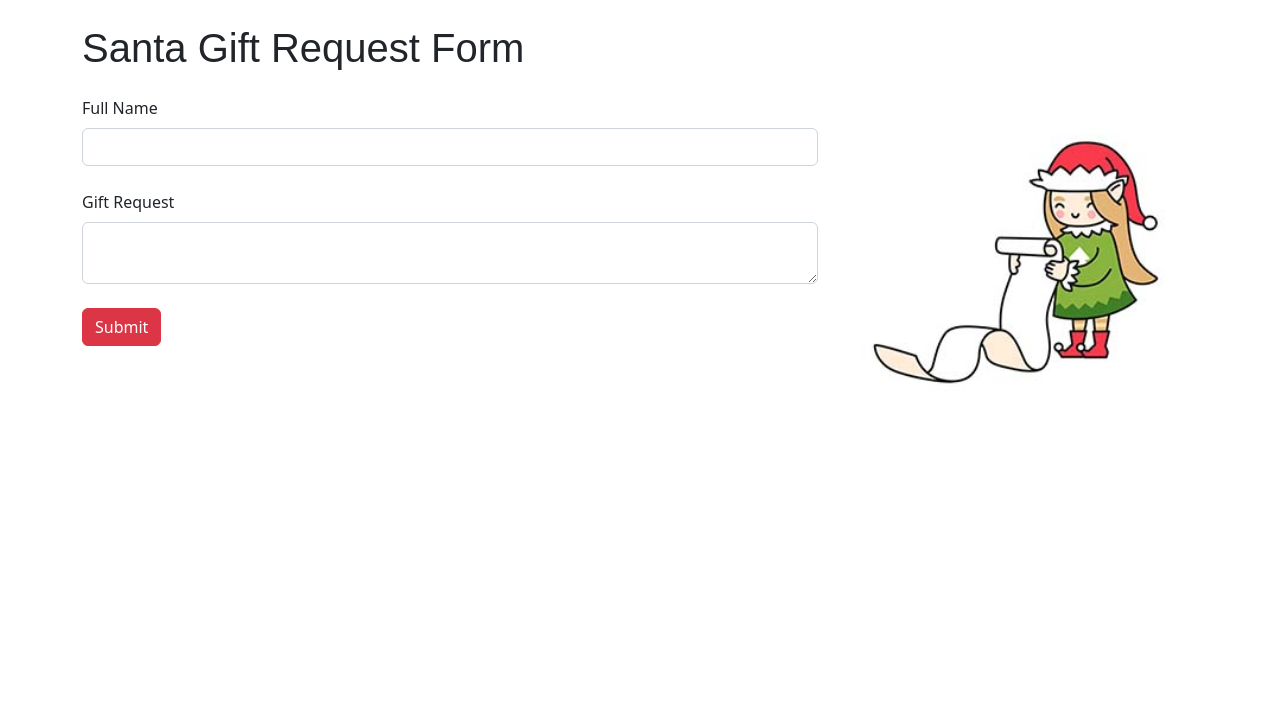
Repository: sarahlochhead/check-santas-list
Page: santa.html
The author's editor kept a copy of each file at every save. The page is drawn from the files as they stood at one save, then again after a run of saves.
The browser window is 1280 px wide. The pictures show the whole page.
Some web fonts or font styles are not loaded; a fallback is used.

Above is the page before, as saved 2023-11-24 20:22:40.

After the next 3 saves:
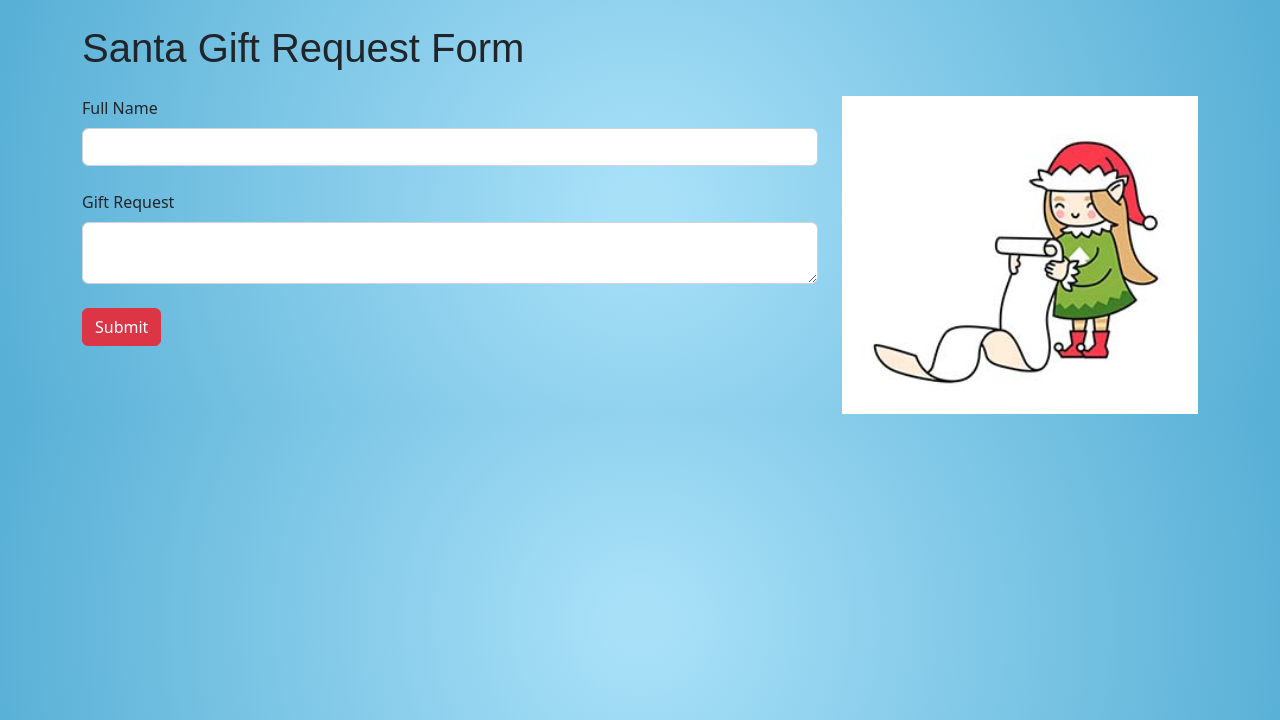
The 3 saves are shown as one change because they came seconds apart.
The last was saved 12 s later.
--- a/css/styles.css
+++ b/css/styles.css
@@ -2,6 +2,7 @@
 @import url('https://fonts.googleapis.com/css2?family=DM+Sans:opsz@9..40&family=Rochester&display=swap');
 
 /* background */
+body {
 background: rgb(168,224,248);
 background: radial-gradient(circle, rgba(168,224,248,1) 4%, rgba(88,176,214,1) 98%);
 
